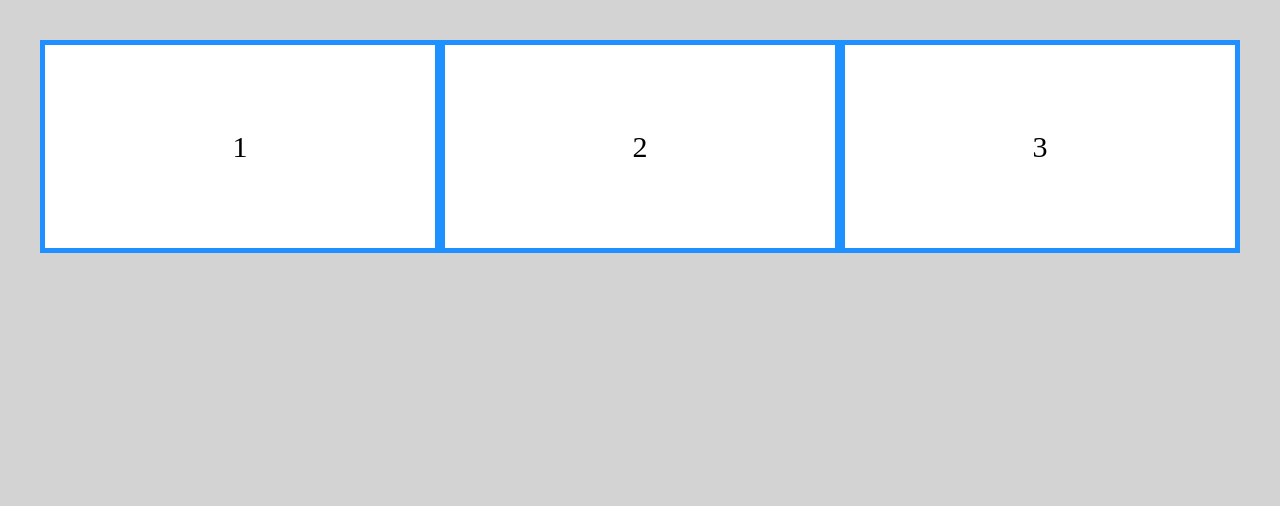
Repository: eversonps/flexbox-grid-css
Page: grid/cssgrid2.html
An editor plug-in stored every save of this project. The page is shown before and after the next save, followed by the edit.
The browser window is 1280 px wide. The pictures show the whole page.

Above is the page before, as saved 2022-03-23 16:41:52.

### grid/cssgrid2.html
<!DOCTYPE html>
<html>

<head>
    <meta charset="UTF-8">
    <title>CSS Grid #02</title>
    <style>
        html,
        body {
            margin: 20px;
            height: calc(100% - 40px);
            background-color: lightgray;
        }

        div {
            display: flex;
            align-items: center;
            justify-content: center;
            font-size: 30px;
            border: solid 5px dodgerblue;
            background: #fff;
        }

        body {
            display: grid;
            grid-template-columns: [inicio] 1fr
                                   [metade1] 1fr
                                   [metade2] 1fr [fim];
            grid-template-rows: repeat(3, 1fr);
        }

        .d1{

        }
    </style>
</head>

<body>
    <div class="d1">1</div>
    <div class="d2">2</div>
    <div class="d3">3</div>
</body>

</html>

After the next save:
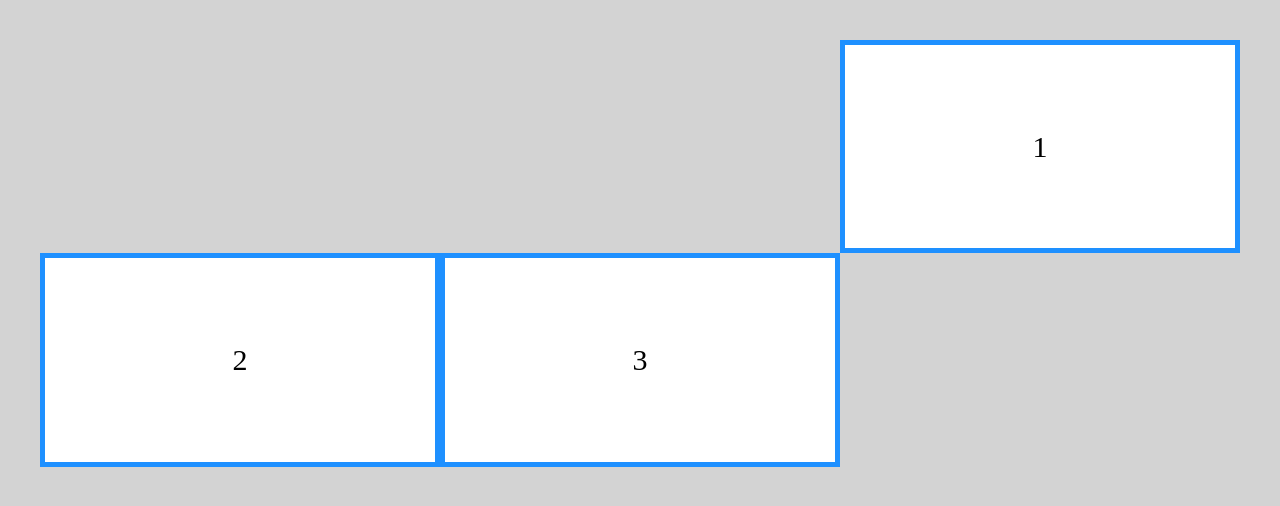
Saved 20 s later.
--- a/grid/cssgrid2.html
+++ b/grid/cssgrid2.html
@@ -30,7 +30,7 @@
         }
 
         .d1{
-
+            grid-column-start: metade2;
         }
     </style>
 </head>
